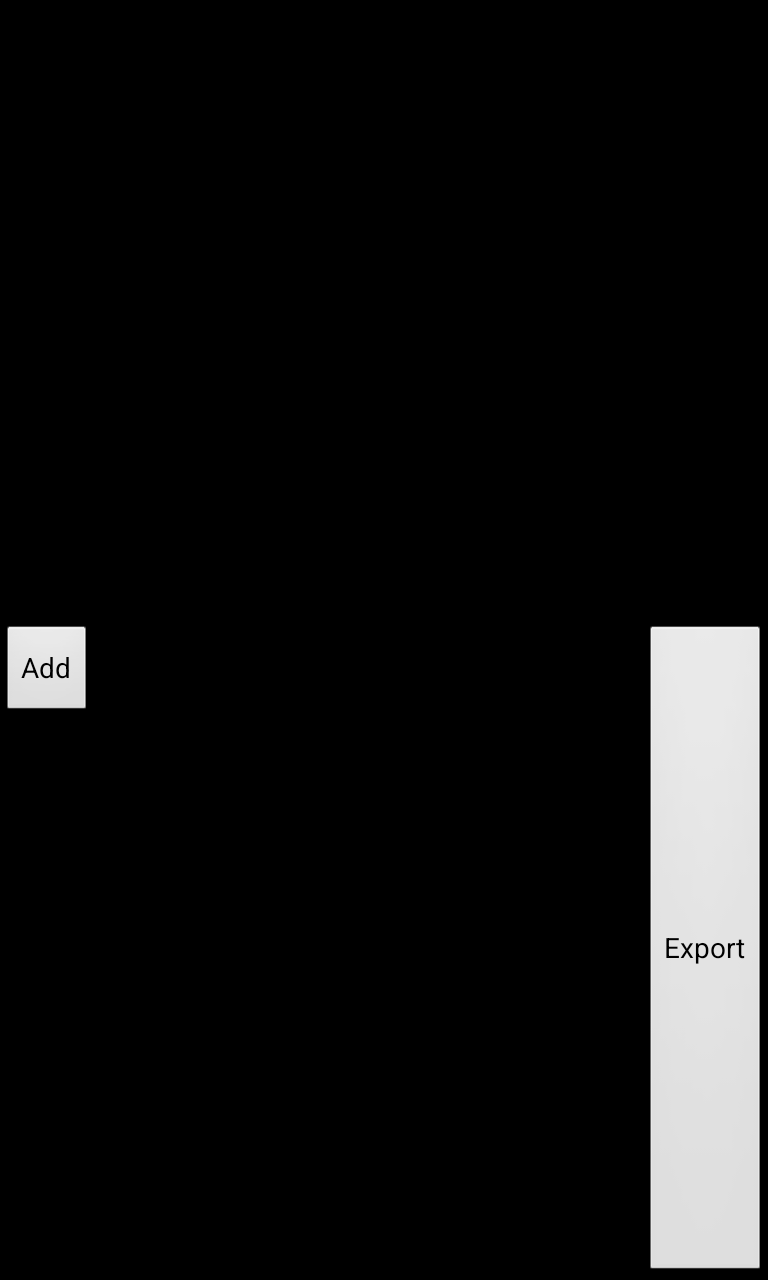
Repository: codingricky/android-expense-it
Layout: expenseit/res/layout/receipt.xml
The author's editor kept a copy of each file at every save. The layout is drawn from the files as they stood at one save, then again after the next save.
It is drawn on a 768 x 1280 px phone screen (xhdpi) without system bars, with theme android:Theme; the app's code is not run. Lists and similar views that code fills are empty.

Above is the layout before, as saved 2012-04-29 00:24:39.

### expenseit/res/layout/receipt.xml
<?xml version="1.0" encoding="utf-8"?>
<RelativeLayout xmlns:android="http://schemas.android.com/apk/res/android"
    android:layout_width="match_parent"
    android:layout_height="match_parent"
    android:orientation="vertical" >

    <ListView
        android:id="@+id/list"
        android:layout_width="fill_parent"
        android:layout_height="312dp"
        android:layout_weight="0.57" >
    </ListView>

    <Button
        android:id="@+id/exportReceiptsButton"
        android:layout_width="wrap_content"
        android:layout_height="wrap_content"
        android:layout_alignParentBottom="true"
        android:layout_alignParentRight="true"
        android:layout_below="@+id/list"
        android:text="Export" />

    <Button
        android:id="@+id/addReceiptButton"
        android:layout_width="wrap_content"
        android:layout_height="wrap_content"
        android:layout_alignParentLeft="true"
        android:layout_below="@+id/list"
        android:text="Add" />

</RelativeLayout>

After the next save:
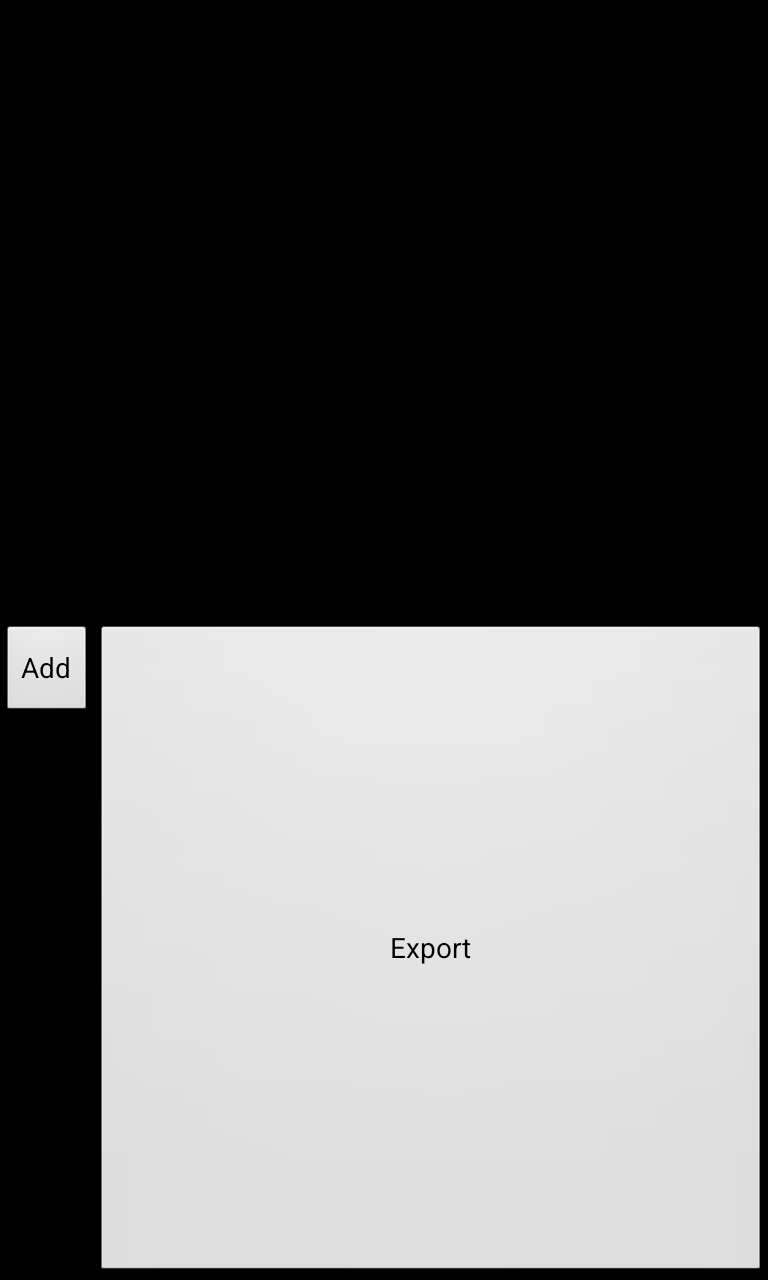
Saved 34 s later.
--- a/expenseit/res/layout/receipt.xml
+++ b/expenseit/res/layout/receipt.xml
@@ -17,7 +17,8 @@
         android:layout_height="wrap_content"
         android:layout_alignParentBottom="true"
         android:layout_alignParentRight="true"
-        android:layout_below="@+id/list"
+        android:layout_below="@id/list"
+        android:layout_toRightOf="@id/addReceiptButton"
         android:text="Export" />
 
     <Button
